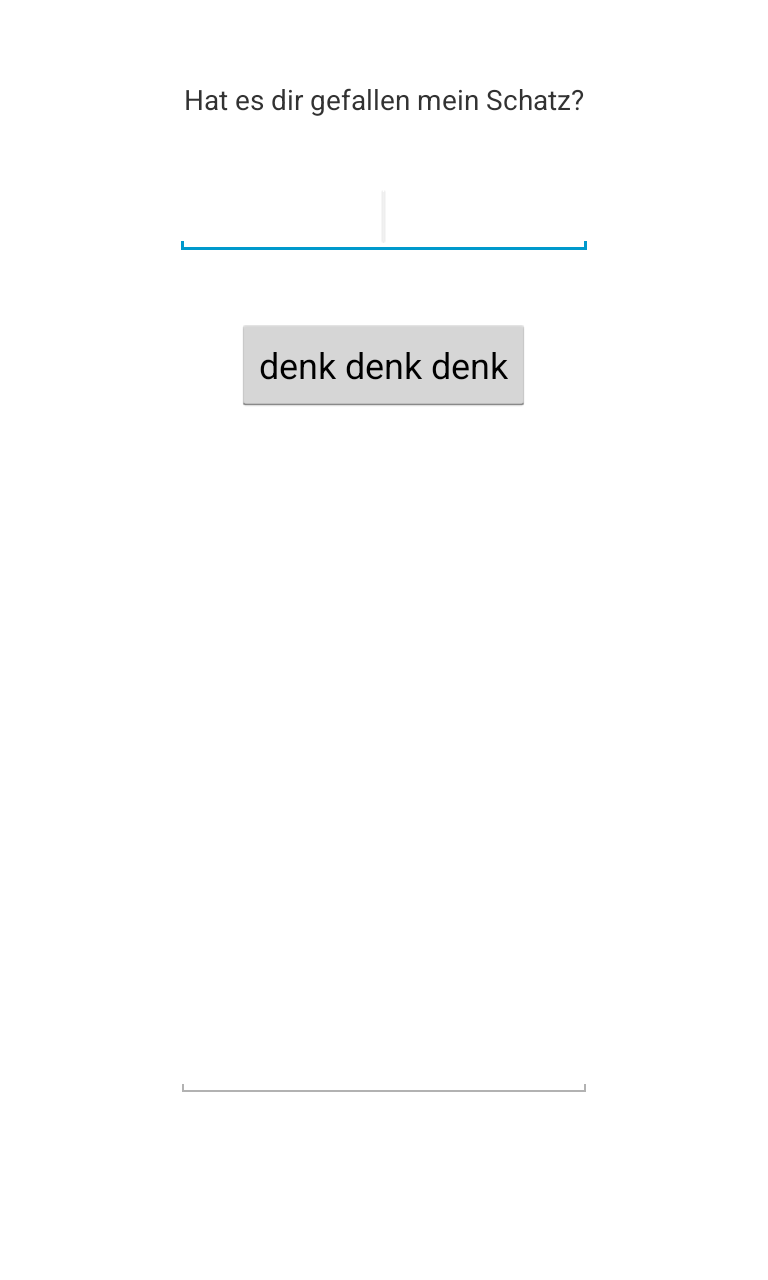
Repository: flashback2k12/ChristmasPresent
Layout: ChristmasPresent/res/layout/activity_expanded_stuff.xml
These files come from the project's save history. The layout is drawn as it stood at one moment and after the next save; the edit follows.
It is drawn on a 768 x 1280 px phone screen (xhdpi) without system bars, with theme AppTheme; the app's code is not run.

Above is the layout before, as saved 2012-12-19 19:28:17.

### ChristmasPresent/res/layout/activity_expanded_stuff.xml
<?xml version="1.0" encoding="utf-8"?>
<LinearLayout xmlns:android="http://schemas.android.com/apk/res/android"
    android:layout_width="match_parent"
    android:layout_height="fill_parent"
    android:orientation="vertical" >

    <RelativeLayout
        android:layout_width="fill_parent"
        android:layout_height="fill_parent" >

        <TextView
            android:id="@+id/textView1"
            android:layout_width="wrap_content"
            android:layout_height="wrap_content"
            android:layout_alignParentTop="true"
            android:layout_centerHorizontal="true"
            android:layout_marginLeft="30dp"
            android:layout_marginRight="30dp"
            android:layout_marginTop="40dp"
            android:text="@string/expanded_one" />

        <EditText
            android:id="@+id/etAntwortSchatz"
            android:layout_width="wrap_content"
            android:layout_height="wrap_content"
            android:layout_below="@+id/textView1"
            android:layout_centerHorizontal="true"
            android:layout_marginTop="30dp"
            android:ems="10"
            android:gravity="center" >

            <requestFocus />
        </EditText>

        <Button
            android:id="@+id/button1EXS"
            android:layout_width="wrap_content"
            android:layout_height="wrap_content"
            android:layout_below="@+id/etAntwortSchatz"
            android:layout_centerHorizontal="true"
            android:layout_marginTop="30dp"
            android:text="@string/button_answer"
            android:onClick="BtnAntwort"/>

        <EditText
            android:id="@+id/etAntwort"
            android:layout_width="wrap_content"
            android:layout_height="fill_parent"
            android:layout_below="@+id/button1EXS"
            android:layout_centerHorizontal="true"
            android:layout_marginBottom="90dp"
            android:layout_marginLeft="30dp"
            android:layout_marginRight="30dp"
            android:layout_marginTop="30dp"
            android:clickable="false"
            android:editable="false"
            android:ems="10"
            android:gravity="center" />

    </RelativeLayout>

</LinearLayout>

### ChristmasPresent/res/values-v11/styles.xml
<resources>

	<style  name="AppTheme" parent="android:Theme.Holo.Light" />

</resources>

### ChristmasPresent/res/values/styles.xml
<resources xmlns:android="http://schemas.android.com/apk/res/android">

    <style name="AppTheme" parent="android:Theme.Light" />

    <style name="WidgetBackground_4_1">
        <item name="android:background">@drawable/widget_4_1</item>
    </style>

	<style name="WidgetTitle">
        <item name="android:textSize">10sp</item>
        <item name="android:textStyle">bold</item>
        <item name="android:textColor">@android:color/white</item>
    </style>

    <style name="WidgetText">
        <item name="android:textSize">10sp</item>
        <item name="android:textColor">@android:color/white</item>
    </style>

    <style name="WidgetBackground2_4_1">
        <item name="android:background">@drawable/widget2_4_1</item>
    </style>

	<style name="Widget2Title">
        <item name="android:textSize">10sp</item>
        <item name="android:textStyle">bold</item>
        <item name="android:textColor">@android:color/white</item>
    </style>

    <style name="Widget2Text">
        <item name="android:textSize">10sp</item>
        <item name="android:textColor">@android:color/white</item>
    </style>


</resources>

### ChristmasPresent/res/values/strings.xml
<?xml version="1.0" encoding="utf-8"?>
<resources>

    <string name="app_name">Weihnachtsgeschenk</string>
    <string name="title_activity_main">Weihnachtsgeschenk</string><string name="hello_schatz_z1">Ich wünsche dir alles liebe zum Weihnachtsfest mein Schatz. :-* </string>
    <string name="hello_schatz_z2">Ich hoffe, dass dir die nächsten Punkte gefallen werden!!! :-)</string>
    <string name="button_standard">drück mich!</string>
    <string name="fuelltext">Spannung...</string>
    <string name="checkbox1">Gutschein 01</string>
    <string name="checkbox2">Gutschein 02</string>
    <string name="checkbox3">Gutschein 03</string>
    <string name="checkbox4">Gutschein 04</string>
    <string name="checkbox5">Gutschein 05</string>
    <string name="checkbox6">Gutschein 06</string><string name="checkbox7">Gutschein 07</string><string name="checkbox8">Gutschein 08</string><string name="checkbox9">Gutschein 09</string><string name="checkbox10">Gutschein 10</string><string name="gutschein1">Ein Gutschein für einen Kinobesuch deiner Wahl!</string>
    <string name="gutschein2">Ein Gutschein zum Essen gehen deiner Wahl!</string>
    <string name="gutschein3">Ein Gutschein für eine Massage deiner Wahl!</string>
    <string name="gutschein4">Ein Gutschein für ein Candlelight Dinner!</string>
    <string name="gutschein5">Ein Gutschein für 4 Knutsch-Fotos im Passbildautomat (Ecke Löffelfamilie)!</string>
    <string name="gutschein6">Ein Gutschein für einen DVD Marathon deiner Wahl mit Leckereien! </string>
    <string name="gutschein7">Ein Gutschein für die Erfüllung eines Wunsches von dir!</string>
    <string name="gutschein8">Ein Gutschein für ein Picknick!</string>
    <string name="gutschein9">Ein Gutschein deiner Wahl wiederholen!</string>
    <string name="christmas">Frohe Weihnachten mein Schatz!</string>
    <string name="i_love_you">Ich liebe Dich!</string>
    <string name="app_widget_4_1_christmas">Frohe Weihnachten</string>
    <string name="i_love_you_2">Ich liebe Dich mein Schatz! :-***</string>
    <string name="miss_you">Du fehlst mir jeden Tag an dem wir uns nicht sehen!</string>
    <string name="app_widget_4_1_allYear">Kussi</string>
    <string name="expanded_one">Hat es dir gefallen mein Schatz?</string>
    <string name="button_answer">denk denk denk</string>

</resources>

Loaded but not shown: ChristmasPresent/res/values-v14/styles.xml (common file)

After the next save:
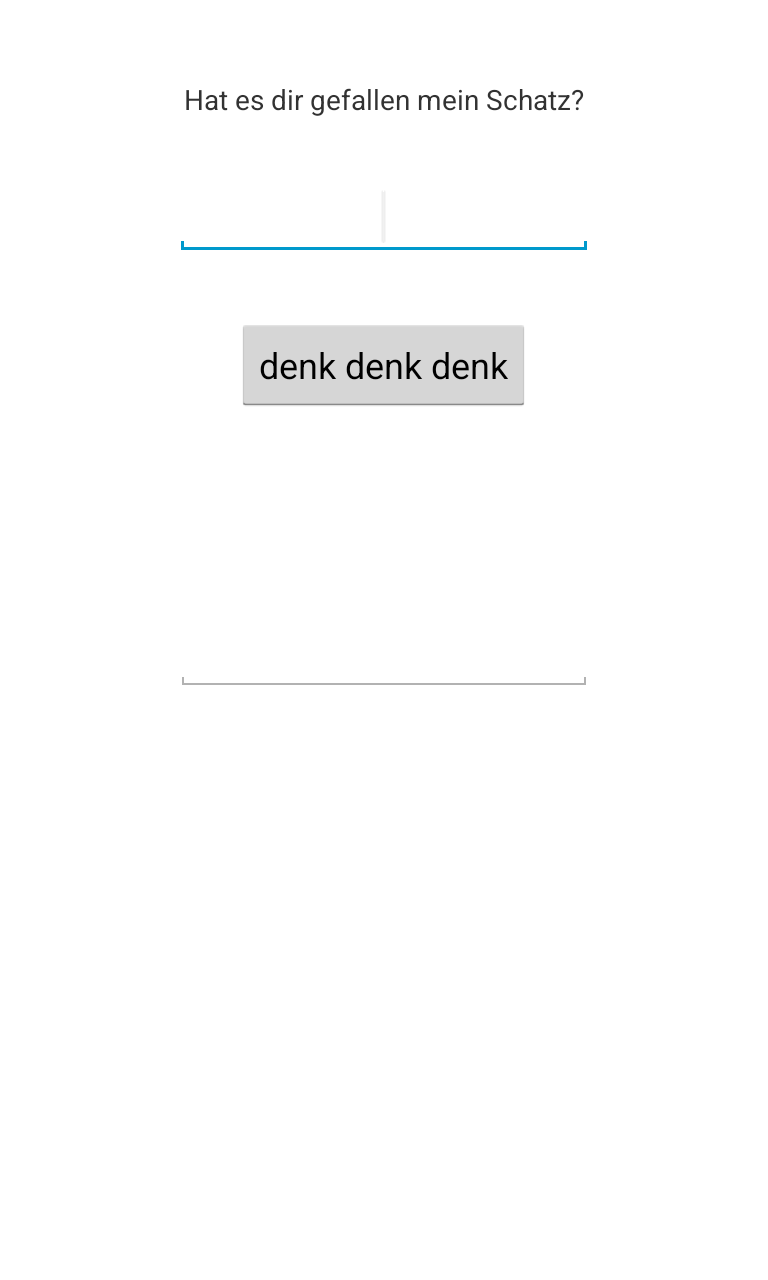
Saved 100 s later.
--- a/ChristmasPresent/res/layout/activity_expanded_stuff.xml
+++ b/ChristmasPresent/res/layout/activity_expanded_stuff.xml
@@ -45,7 +45,7 @@
         <EditText
             android:id="@+id/etAntwort"
             android:layout_width="wrap_content"
-            android:layout_height="fill_parent"
+            android:layout_height="110dp"
             android:layout_below="@+id/button1EXS"
             android:layout_centerHorizontal="true"
             android:layout_marginBottom="90dp"
